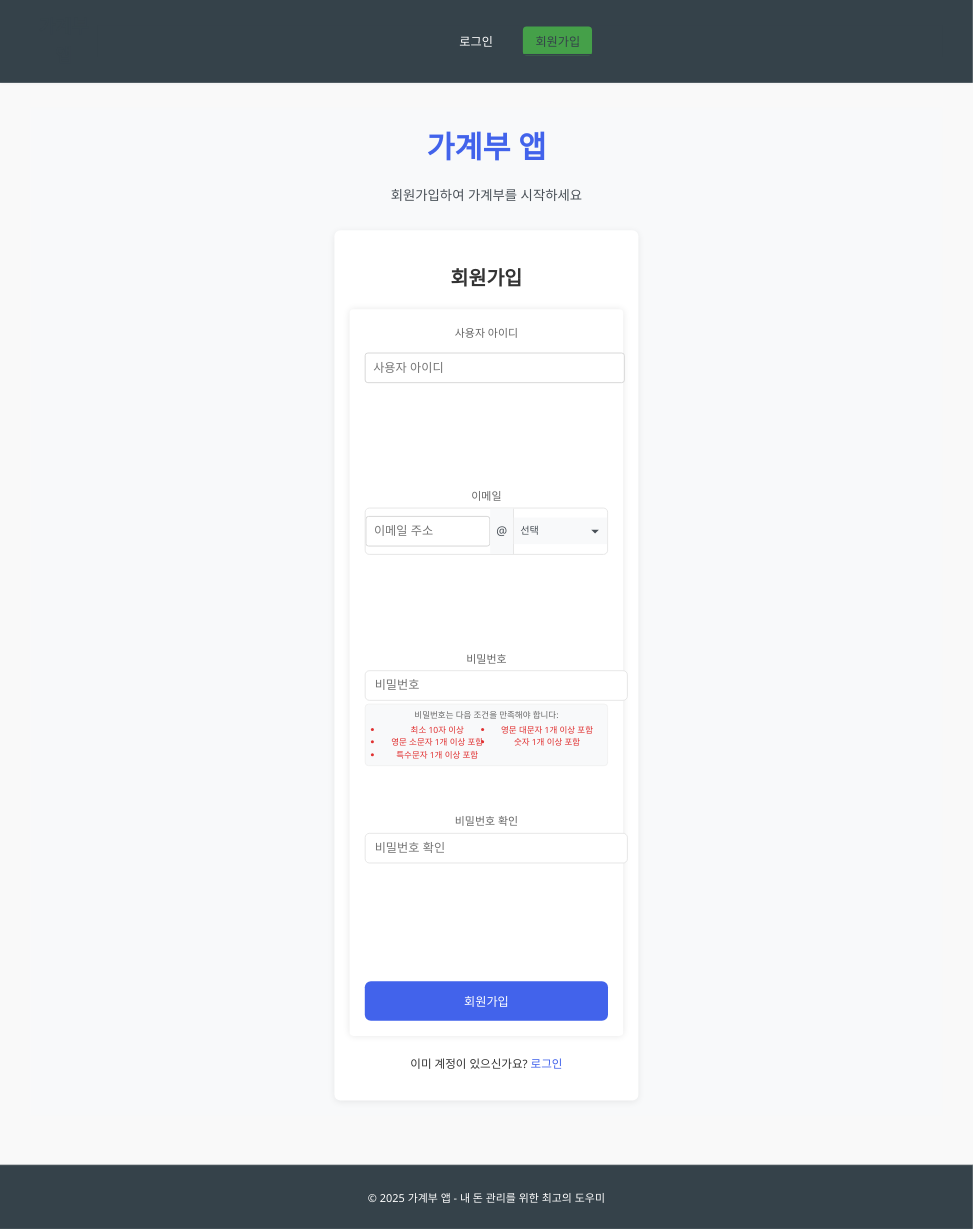
Repository: dldnwls07/Register_Login_Form
Page: /register
These files come from the project's save history. The page is drawn as it stood at one moment and after the next save; the edit follows.
The browser window is 1280 px wide. The pictures show the whole page, at 76% of full size.
The project was rebuilt for these pictures with package versions that can differ from the ones it lists, and the page was loaded fresh each time. Also part of the build but not shown: src/components/Summary.jsx, src/styles/pages/MainPage.css, src/pages/MainPage.jsx, src/utils/categoryData.js, src/components/CategorySelector.jsx, src/components/EntryForm.jsx, src/components/EntryTable.jsx, src/components/SearchBar.jsx and 15 more.

Above is the page before, as saved 2025-05-23 14:15:45.

After the next save:
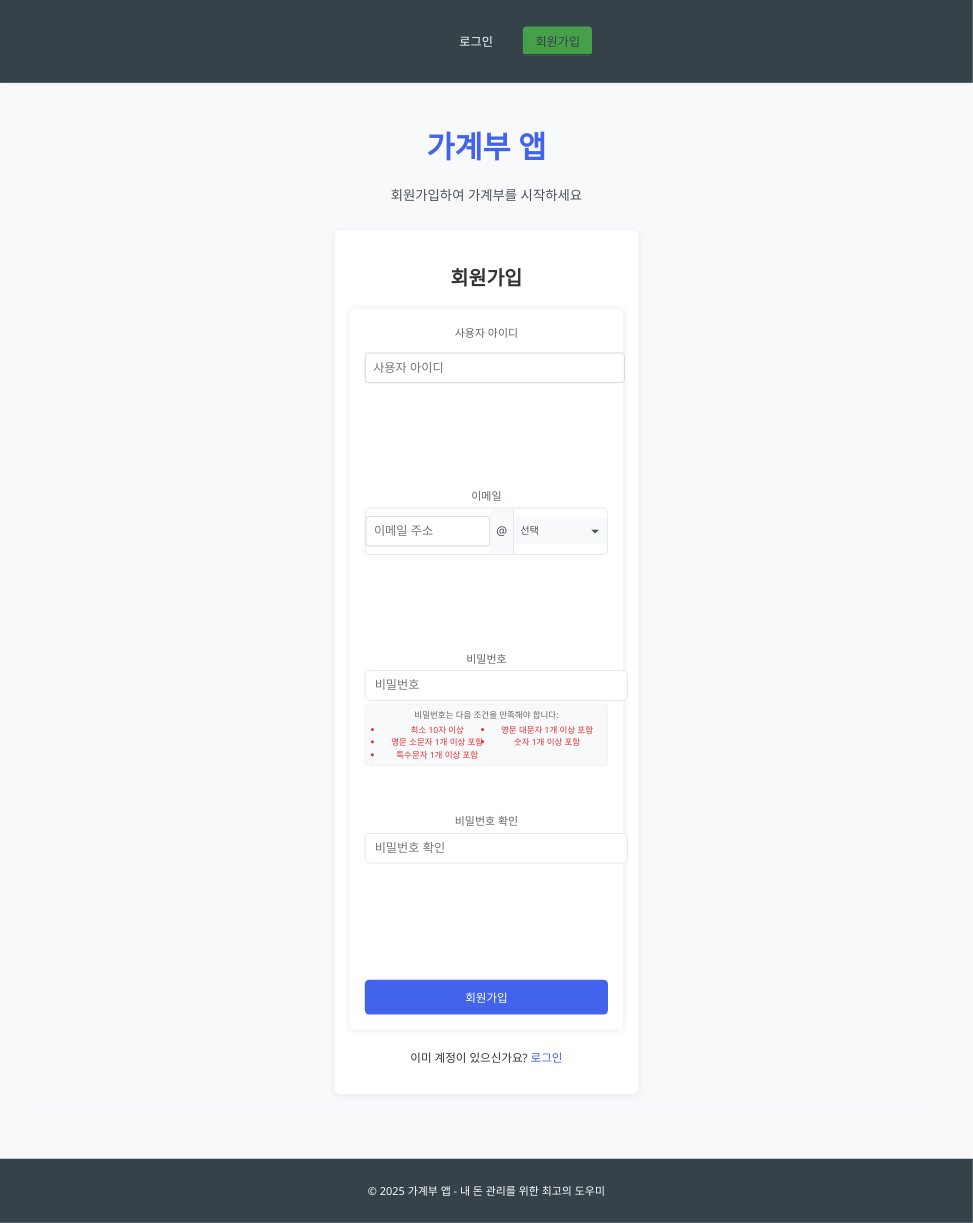
Saved 19 s later.
--- a/src/styles/components/AuthForm.css
+++ b/src/styles/components/AuthForm.css
@@ -65,12 +65,12 @@
   background-color: #4263eb;
   color: white;
   border: none;
-  border-radius: 8px;
-  padding: 14px;
-  font-size: 1rem;
+  border-radius: 6px;
+  padding: 12px;
+  font-size: 0.95rem;
   font-weight: 500;
   cursor: pointer;
-  margin-top: 8px;
+  margin-top: 6px;
   transition: background 0.2s;
 }
 
